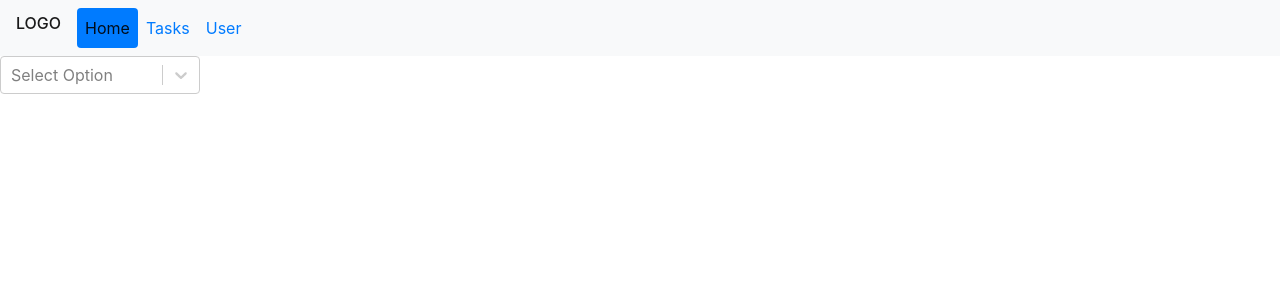
Repository: lalji-yadav/Nimapinfotech-demo-project
Page: /
The author's editor kept a copy of each file at every save. The page is drawn from the files as they stood at one save, then again after the next save.
The browser window is 1280 px wide. The pictures show the whole page.
The project was rebuilt for these pictures with package versions that can differ from the ones it lists, and the page was loaded fresh each time. Also part of the build but not shown: src/App.css, src/components/Tasks.js, src/components/Users.js, src/components/Login.js.

Above is the page before, as saved 2021-01-17 16:59:11.

### src/App.js
import './App.css';
import Navbar from "./components/Navbars";
import Login from "./components/Login";


function App() {
  return (
    <div>

    {/* <Login /> */}
    <Navbar />
    </div>
  );
}

export default App;

### src/components/Navbars.js
import React from 'react';
import { Navbar,Nav,NavDropdown,Form,FormControl ,Button } from 'react-bootstrap';
import {
  BrowserRouter as Router,
  Switch,
  Route,
  Link
} from "react-router-dom";

import Home from "./Home";
import Tasks from "./Tasks";
import User from "./Users";
import Login from "./Login";


const Navbars=()=> {
        return (
            <div>

              <Router>
                  <Navbar bg="light" expand="lg">
                      <Navbar.Brand> <h6>LOGO</h6></Navbar.Brand>
                      <Navbar.Toggle aria-controls="basic-navbar-nav" />
                      <Navbar.Collapse id="basic-navbar-nav">
                      <Nav variant="pills" defaultActiveKey="/">
                        <Nav.Item>
                          <Nav.Link href="/">Home </Nav.Link>
                        </Nav.Item>
                        <Nav.Item>
                          <Nav.Link eventKey="link-1"> <Link to="/tasks"> Tasks </Link> </Nav.Link>
                        </Nav.Item>
                        <Nav.Item>
                          <Nav.Link eventKey="link-2">
                          <Link to="/user"> User </Link>
                          </Nav.Link>
                        </Nav.Item>
                      </Nav>
                      </Navbar.Collapse>
                    </Navbar>


                    <Switch>
                      <Route exact path="/" component={Home} />

                      <Route exact path="/user" component={User} />

                      <Route exact path="/tasks" component={Tasks} />

                      <Route exact path="/login" component={Login} />

                    </Switch>
             </Router>

            </div>
        );
    }

export default Navbars;

### src/components/Home.js
import React, { useState } from 'react';
import Select from 'react-select';

const Home=()=> {

    const data = [
        {
             value: 'Lorem Ipsum is simply dummy text of the printing and typesetting industry Lorem Ipsum has been the industrys standard dummy text ever since the 1500s when an unknown printer took a galley  type and scrambled it to make a type specimen book',
             label: 'Home'
        },
        {
            value: 'yummy',
            label: 'Contact'
        },
        {
             value: 'red',
            label: 'About'
         },
        {
           value: 'green',
           label: 'Gallary'
        },
      ];

      const [select, setSelelct] = useState('')

      const handleChange = e => {
        setSelelct(e);
      }

        return (
            <div>
                <div style={{width:"200px"}}>
                <Select
                    placeholder="Select Option"
                    value={select} // set selected value
                    options={data} // set list of the data
                    onChange={handleChange} // assign onChange function
                />
                </div>

                {select &&
                <div style={{ marginTop: 20, lineHeight: '25px' }}>
                    <b>Selected Option</b><br />
                    <div style={{ marginTop: 10 }}> {select.label}</div>
                    <div>{select.value}</div>
                </div>
                }

            </div>
        );
    }

export default Home;

Loaded but not shown: public/index.html (common file); src/index.js (common file); src/index.css (common file); src/reportWebVitals.js (common file); src/App.css (no copy from this time; the picture is the same without it)

After the next save:
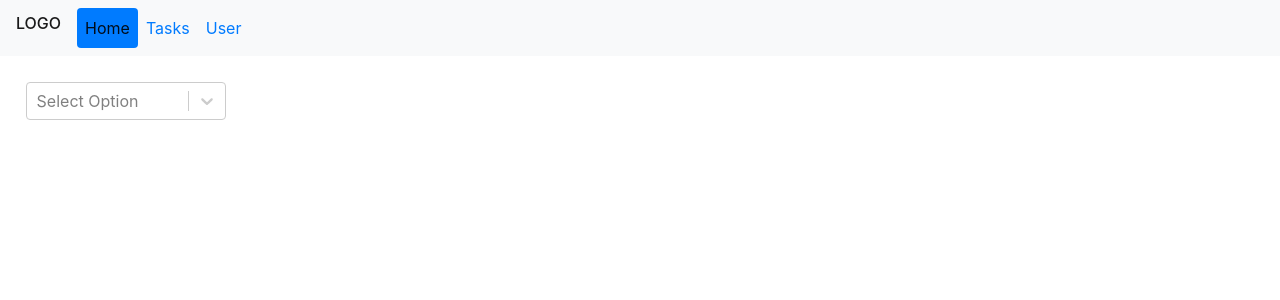
Saved 67 s later.
--- a/src/components/Home.js
+++ b/src/components/Home.js
@@ -29,7 +29,7 @@ const Home=()=> {
       }
 
         return (
-            <div>
+            <div style={{padding:"2%"}}>
                 <div style={{width:"200px"}}>
                 <Select
                     placeholder="Select Option"
